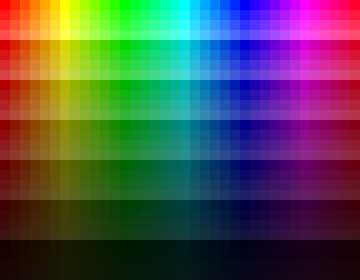
Repository: zhuqinghe/mapf_visualizer
Script's output: python color.py
The author's editor kept a copy of each file at every save. The script's output is drawn from the files as they stood at one save, then again after the next save.
The window is shown after at most 60 frames with no key pressed. Random numbers start from a fixed seed.

Above is the script's output before, as saved 2021-07-19 18:13:12.

After the next save:
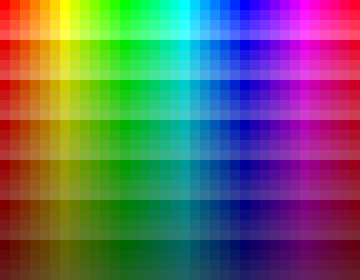
Saved 11 s later.
--- a/color.py
+++ b/color.py
@@ -46,7 +46,7 @@ def k_contrast_color(k_color, HSV_list):
         S_step = 10
         H_step = H_min_step
         I_num = math.ceil(k_color / (H_max_num*S_max_num))
-        I_step = 90 / (I_num-1)
+        I_step = 60 / (I_num-1)
         for i in range(k_color):
           Hi = i % H_max_num
           tmp_H = Hi * H_step
